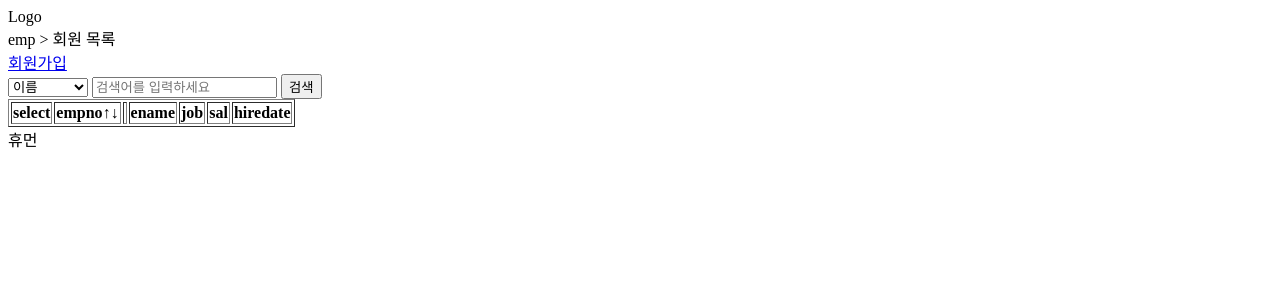
Repository: polikiki/Connor-s-team-projectt
Page: http://localhost/proj6_myBatis/emp0
An editor plug-in stored every save of this project. The page is shown before and after the next save, followed by the edit.
The browser window is 1280 px wide. The pictures show the whole page.
The page is served by Tomcat 9. Other server files are loaded and not shown. Queries for data that is not in the repository find no rows.

Above is the page before, as saved 2024-09-23 00:36:53.

### workspace_java/proj6_myBatis/src/main/webapp/WEB-INF/views/emp.jsp
<%@ page language="java" contentType="text/html; charset=UTF-8"
    pageEncoding="UTF-8"%>
<%@ taglib prefix="c" uri="http://java.sun.com/jsp/jstl/core" %>
<%@ taglib prefix="fmt" uri="http://java.sun.com/jsp/jstl/fmt" %>
<%@ taglib prefix="fn" uri="http://java.sun.com/jsp/jstl/functions" %>

<!DOCTYPE html>
<html>
<head>
<meta charset="UTF-8">
<title>Insert title here</title>
</head>
<body>
<header>
	Logo
	<nav>emp > 회원 목록</nav>
</header>
<main>
	<a href="emp0?cmd=join">회원가입</a>
	<section>
		<article>
			<form id="frm" method="get" action="emp0">
				<select name="searchType">
					<option value="1" ${searchType ==1 ? " selected='selected' " : "" } >이름</option>
					<option value="2" ${searchType ==2 ? " selected='selected' " : "" }>직책</option>
					<option value="3" ${searchType ==3 ? " selected='selected' " : "" }>이름+직책</option>
					<option value="4" ${searchType ==4 ? " selected='selected' " : "" }>연봉(이하)</option>
				</select>
				<input type="text" name="keyword" placeholder="검색어를 입력하세요" value="${keyward}">
				<input type="submit" value="검색">


			<input type="hidden" name="orderType" value="${orderType}">
			<table border="1">
				<caption style = "display:none;">회원 목록 표시 : display:none으로 감춰놓자</caption>
				<thead>
					<tr>
						<th>select</th>
						<th id="empno">empno↑↓<th>
						<th>ename</th>
						<th>job</th>
						<th>sal</th>
						<th>hiredate</th>
<!-- 						<th>delete</th> -->
					</tr>
				</thead>
				<tbody>
					<c:forEach var="dto" items="${emplist}">
						<tr>
							<td>
								<input type="checkbox" name="check" value="${dto.empno }">
							</td>
							<td>${dto.empno}</td>
							<td><a
								href="emp0?cmd=detail&empno=${dto.empno}">${dto.ename}</a></td>
							<td>${dto.job}</td>
							<td>${dto.sal}</td>
							<td>
								<fmt:formatDate value="${dto.hireDate}" pattern="yyyy년 MM월 dd일 hh시 mm분 ss초"/>
							</td>
<!-- 							<td> -->
<!-- 								<form action="emp0" method="post"> -->
<!-- 									<input type="hidden" name="cmd" value="delete"> -->
<%-- 									<input type="hidden" name="empno" value="${dto.empno}"> --%>
<!-- 									<input type="submit" value="삭제"> -->
<!-- 							</form> -->
<!-- 							</td> -->
						</tr>
					</c:forEach>
				</tbody>
			</table>
			</form>
		</article>
	</section>
</main>
<footer>휴먼</footer>

<script>

	document.querySelector("#empno").addEventListener("click",function(){
		const orderType = document.querySelector("[name=orderType]");

		// '' > 'desc'> 'asc'> '' 세개의 값을 순환하게 만들기
		if(orderType.value == ''){
			orderType.value = 'desc'
		} else if(orderType.value == 'desc'){
			orderType.value = 'asc'
		} else if(orderType.value == 'asc'){
			orderType.value = ''
		}

		const frm = document.querySelector("#frm");
		console.log(orderType.value);
		frm.submit();

	})

</script>

</body>
</html>

### workspace_java/proj6_myBatis/src/main/java/emp/crud/Emp0Servlet.java
package emp.crud;

import java.io.IOException;
import java.sql.Date;
import java.util.List;

import javax.servlet.ServletException;
import javax.servlet.annotation.WebServlet;
import javax.servlet.http.HttpServlet;
import javax.servlet.http.HttpServletRequest;
import javax.servlet.http.HttpServletResponse;

@WebServlet("/emp0")
public class Emp0Servlet extends HttpServlet {
	private static final long serialVersionUID = 1L;

	private boolean _DEBUG = true;

	protected void doGet(HttpServletRequest request, HttpServletResponse response) throws ServletException, IOException {

		String cmd = request.getParameter("cmd");
		EmpDAO empDAO = new EmpDAO();

		if(cmd == null) {

//		List<EmpDTO> emplist = empDAO.selectEmp();

		EmpDTO empDTO = new EmpDTO();
		String keyword = request.getParameter("keyword");
		String searchType = request.getParameter("searchType");
		String[] checks = request.getParameterValues("check");
		String orderType = request.getParameter("orderType");

		empDTO.setKeyword(keyword);
		empDTO.setSearchType(searchType);
		empDTO.setChecks(checks);
		empDTO.setOrderType(orderType);

		List<EmpDTO> emplist = empDAO.selectEmpList(empDTO);

		request.setAttribute("emplist", emplist);
		request.setAttribute("keyword", keyword);
		request.setAttribute("searchType", searchType);
		request.setAttribute("orderType", orderType);

		request.getRequestDispatcher("/WEB-INF/views/emp.jsp").forward(request, response);

		}else if("join".equals(cmd)){

			request.getRequestDispatcher("/WEB-INF/views/empjoin.jsp").forward(request, response);
		}else if("detail".equals(cmd)) {

			// pk인 empno 확보
			String strEmpno = request.getParameter("empno");

			try {
				int empno = Integer.parseInt(strEmpno);

				// 특정 회원 정보 조회
				EmpDTO empDTO = empDAO.selectOneEmp(empno);
				System.out.println("empDTO :"+ empDTO);
				// 정보를 request에 담아서
				request.setAttribute("empDTO", empDTO);
				request.setAttribute("cmd", "detail");
				// 상세 정보 페이지로 이동
				request.getRequestDispatcher("/WEB-INF/views/empjoin.jsp").forward(request, response);

			}catch (Exception e) {
				e.printStackTrace();
			}

		}else if("edit".equals(cmd)) {


				// pk인 empno 확보
				String strEmpno = request.getParameter("empno");

				try {
						int empno = Integer.parseInt(strEmpno);

					// 특정 회원 정보 조회
					EmpDTO empDTO = empDAO.selectOneEmp(empno);

					// 정보를 request에 담아서
					request.setAttribute("empDTO", empDTO);
					request.setAttribute("cmd", cmd);

					// 상세 정보 페이지로 이동
					request.getRequestDispatcher("/WEB-INF/views/empjoin.jsp").forward(request, response);

				}catch (Exception e) {
					e.printStackTrace();
				}

		}

	}


	protected void doPost(HttpServletRequest request, HttpServletResponse response) throws ServletException, IOException {

		request.setCharacterEncoding("utf-8");
		response.setContentType("text/html; charset=utf-8;");

		String strEmpno = request.getParameter("empno");
		String ename = request.getParameter("ename");
		String strHireDate = request.getParameter("hireDate"); // 2024-09-19


		try {
			int empno = Integer.parseInt(strEmpno);

			Date hireDate = null;

			if(strHireDate != null) {
				hireDate = Date.valueOf(strHireDate);
			}


			EmpDTO empDTO = new EmpDTO();
			empDTO.setEmpno(empno);
			empDTO.setEname(ename);
			empDTO.setHireDate(hireDate);

			// insert 실행

			EmpDAO empDAO = new EmpDAO();

			String cmd = request.getParameter("cmd");
			if(cmd == null) {
				int result = empDAO.insertEmp(empDTO);
				System.out.println("회원 가입 결과 :"+ result);
			}else if("edit".equals(cmd)) {
				int result = empDAO.updateEmp(empDTO);
				System.out.println("업데이트 결과 :"+ result);
			}else if("delete".equals(cmd)) {
				// 삭제
				int result = empDAO.DeleteEmp(empDTO);
				System.out.println("삭제 결과 :"+ result);
			}

			response.sendRedirect("emp0");

		}catch (Exception e) {
			if(_DEBUG) {
				e.printStackTrace();
			}
		}

	}


	protected void doDelete(HttpServletRequest request, HttpServletResponse response) throws ServletException, IOException {

	}

	protected void doPut(HttpServletRequest request, HttpServletResponse response) throws ServletException, IOException {



	}

}

### workspace_java/proj6_myBatis/src/main/java/emp/crud/EmpDAO.java
package emp.crud;

import java.io.Reader;
import java.util.List;
import java.util.Map;

import org.apache.ibatis.io.Resources;
import org.apache.ibatis.session.SqlSession;
import org.apache.ibatis.session.SqlSessionFactory;
import org.apache.ibatis.session.SqlSessionFactoryBuilder;

import emp.crud.EmpDTO;

public class EmpDAO {

	private  SqlSessionFactory sqlMapper = null;

    public  SqlSessionFactory getInstance() {
        if(sqlMapper == null) {
        	// DB 접속
        	// 자동 커밋 : sqlMapper.openSession()
        	// 수동 커밋 : sqlMapper.openSession(false)
            try {
                String res = "mybatis/SqlMapConfig.xml";
                Reader reader = Resources.getResourceAsReader(res);

                SqlSessionFactoryBuilder ssfb = new SqlSessionFactoryBuilder();
                sqlMapper = ssfb.build(reader);

                reader.close();
            }catch (Exception e) {
                e.printStackTrace();
            }
        }

        return sqlMapper;
    }

    public List<EmpDTO> selectEmp() {
    	List<EmpDTO> empList = null;

    	// SqlMapConfig.xml을 읽어옴
    	sqlMapper = getInstance();
    	if(sqlMapper != null) {

    		// DB 접속
        	SqlSession sqlSession = sqlMapper.openSession(true);

        	empList = sqlSession.selectList("mapper.emp.selectAllEmp");
        	System.out.println("empList.size :" + empList.size());
    	} else {
    		System.out.println("DB 접속 실패");
    	}

    	return empList;
    }



    public int insertEmp(EmpDTO empDTO) {
    	int result = -1;

    	// SqlMapConfig.xml을 읽어옴
    	sqlMapper = getInstance();
    	if(sqlMapper != null) {

    		// DB 접속
    		// 자동 커밋 : sqlMapper.openSession()
    		// 수동 커밋 : sqlMapper.openSession(false)
        	SqlSession sqlSession = sqlMapper.openSession(true);

        	try {
        		System.out.println(empDTO);
        		result = sqlSession.insert("mapper.emp.param.insertEmp", empDTO);
        	}catch (Exception e) {
        		e.printStackTrace();
			}
    	} else {
    		System.out.println("DB 접속 실패");
    	}

    	return result;
    }

    public int DeleteEmp(EmpDTO empDTO) {
    	int result = -1;

    	// SqlMapConfig.xml을 읽어옴
    	sqlMapper = getInstance();
    	if(sqlMapper != null) {

    		// DB 접속
        	SqlSession sqlSession = sqlMapper.openSession(true);

        	try {
        		System.out.println(empDTO);
        		result = sqlSession.delete("mapper.emp.param.deleteEmp", empDTO);
        	}catch (Exception e) {
        		e.printStackTrace();
			}
    	} else {
    		System.out.println("DB 접속 실패");
    	}

    	return result;
    }

    public EmpDTO selectOneEmp(int empno) {
    	EmpDTO empDTO = null;

    	// SqlMapConfig.xml을 읽어옴
    	sqlMapper = getInstance();
    	if(sqlMapper != null) {

    		// DB 접속
        	SqlSession sqlSession = sqlMapper.openSession();

        	try {
        		empDTO = sqlSession.selectOne("mapper.emp.param.selectOneEmp", empno);
        	}catch (Exception e) {
        		e.printStackTrace();
			}
    	} else {
    		System.out.println("DB 접속 실패");
    	}

    	return empDTO;
    }

    public int updateEmp(EmpDTO empDTO) {
    	int result = -1;

    	// SqlMapConfig.xml을 읽어옴
    	sqlMapper = getInstance();
    	if(sqlMapper != null) {

    		// DB 접속
    		// 자동 커밋 : sqlMapper.openSession()
    		// 수동 커밋 : sqlMapper.openSession(false)
        	SqlSession sqlSession = sqlMapper.openSession(true);

        	try {
        		System.out.println(empDTO);
        		result = sqlSession.update("mapper.emp.param.updateEmp", empDTO);
        	}catch (Exception e) {
        		e.printStackTrace();
			}
    	} else {
    		System.out.println("DB 접속 실패");
    	}

    	return result;
    }

    public List<EmpDTO> selectEmpList(EmpDTO empDTO) {
    	List<EmpDTO> empList = null;

    	// SqlMapConfig.xml을 읽어옴
    	sqlMapper = getInstance();
    	if(sqlMapper != null) {

    		// DB 접속
        	SqlSession sqlSession = sqlMapper.openSession(true);

//        	empList = sqlSession.selectList("mapper.emp.dynamic.selectEmpList",empDTO);
        	empList = sqlSession.selectList("mapper.emp.dynamic.selectEmpList2",empDTO);
        	System.out.println("empList.size :" + empList.size());
    	} else {
    		System.out.println("DB 접속 실패");
    	}

    	return empList;
    }


}

### workspace_java/proj6_myBatis/src/main/java/emp/crud/EmpDTO.java
package emp.crud;

import java.sql.Date;
import java.util.Arrays;

public class EmpDTO {

	private Integer empno;	// 사원번호
	private String ename;	// 사원명
	private String job;
	private Integer mgr;
	private Date hireDate;
	private int sal;
	private Integer comm;
	private int deptno;

	private int rnum;

	private String keyword;
	private String searchType;
	private String[] checks;
	private String orderType;

	public int getRnum() {
		return rnum;
	}
	public void setRnum(int rnum) {
		this.rnum = rnum;
	}
	public Integer getEmpno() {
//		System.out.println("getEmpno 호출");
		return this.empno;
	}
	public void setEmpno(Integer empno) {
		this.empno = empno;
	}
	public String getEname() {
		return ename;
	}
	public void setEname(String ename) {
		this.ename = ename;
	}
	public String getJob() {
		return job;
	}
	public void setJob(String job) {
		this.job = job;
	}
	public Integer getMgr() {
		return mgr;
	}
	public void setMgr(Integer mgr) {
		this.mgr = mgr;
	}
	public Date getHireDate() {
		return hireDate;
	}
	public void setHireDate(Date hireDate) {
		this.hireDate = hireDate;
	}
	public int getSal() {
		return sal;
	}
	public void setSal(int sal) {
		this.sal = sal;
	}
	public Integer getComm() {
		return comm;
	}
	public void setComm(Integer comm) {
		this.comm = comm;
	}
	public int getDeptno() {
		return deptno;
	}
	public void setDeptno(int deptno) {
		this.deptno = deptno;
	}

	public String getKeyword() {
		return keyword;
	}
	public void setKeyword(String keyword) {
		this.keyword = keyword;
	}

	public String getSearchType() {
		return searchType;
	}
	public void setSearchType(String searchType) {
		this.searchType = searchType;
	}
	public String[] getChecks() {
		return checks;
	}
	public void setChecks(String[] checks) {
		this.checks = checks;
	}
	public String getOrderType() {
		return orderType;
	}
	public void setOrderType(String orderType) {
		this.orderType = orderType;
	}
	@Override
	public String toString() {
		return "EmpDTO [empno=" + empno + ", ename=" + ename + ", job=" + job + ", mgr=" + mgr + ", hireDate="
				+ hireDate + ", sal=" + sal + ", comm=" + comm + ", deptno=" + deptno + ", rnum=" + rnum + ", keyword="
				+ keyword + ", searchType=" + searchType + ", checks=" + Arrays.toString(checks) + ", orderType="
				+ orderType + "]";
	}

}

After the next save:
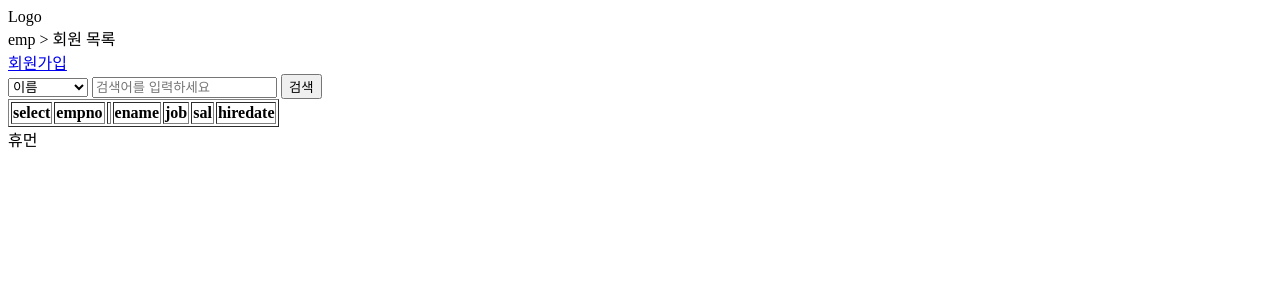
Saved 10 min 30 s later.
--- a/workspace_java/proj6_myBatis/src/main/webapp/WEB-INF/views/emp.jsp
+++ b/workspace_java/proj6_myBatis/src/main/webapp/WEB-INF/views/emp.jsp
@@ -36,7 +36,9 @@
 				<thead>
 					<tr>
 						<th>select</th>
-						<th id="empno">empno↑↓<th>
+						<th id="empno">empno ${orderType}<th>
+							<c:if test= '${orderType == "desc"}'>↓</c:if>
+							<c:if test= '${orderType == "asc"}'>↑</c:if>
 						<th>ename</th>
 						<th>job</th>
 						<th>sal</th>
